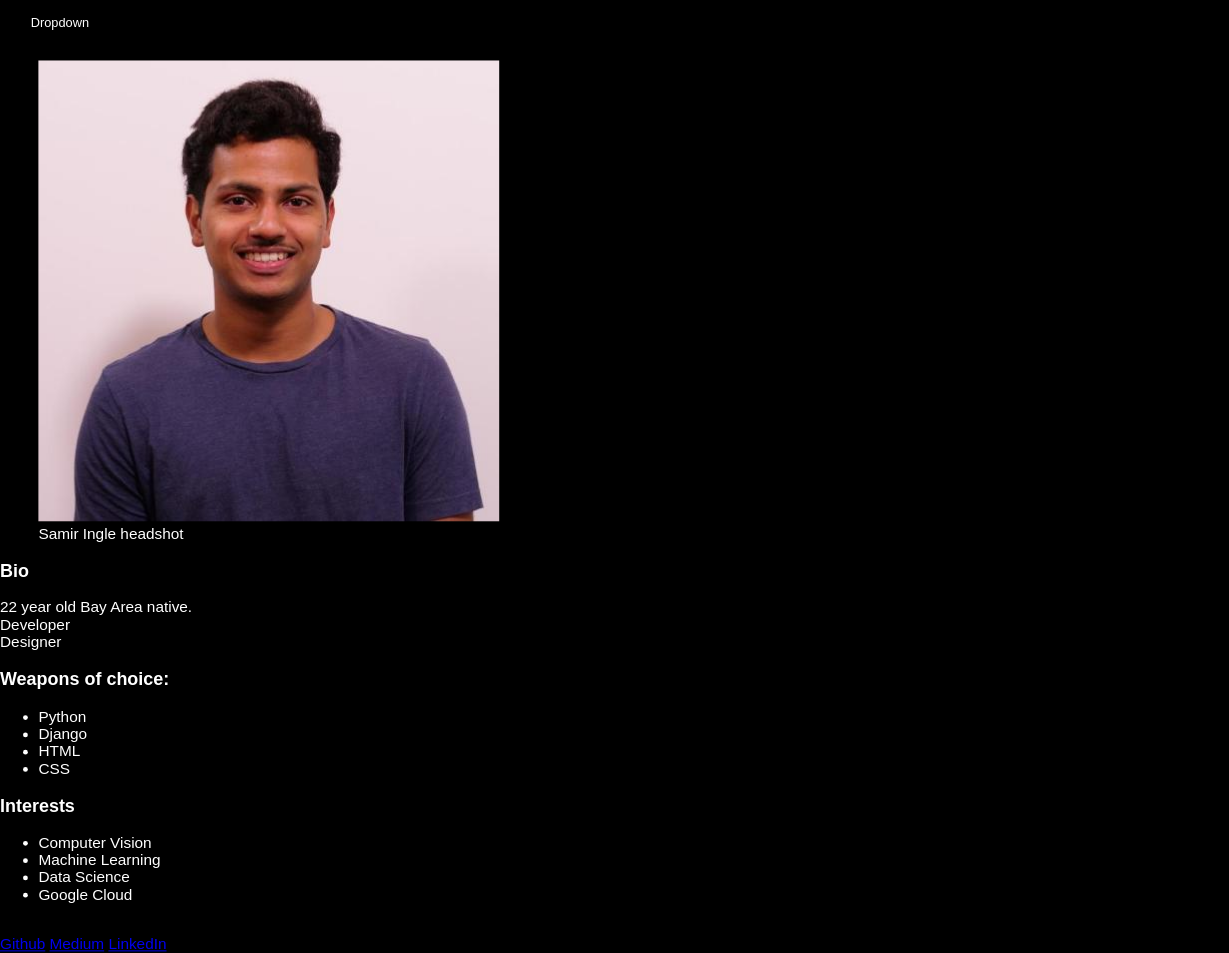
Repository: SamirIngley/html-semantic
Page: about.html
These files come from the project's save history. The page is drawn as it stood at one moment and after the next save; the edit follows.
The browser window is 1280 px wide. The pictures show the whole page, at 96% of full size.

Above is the page before, as saved 2020-01-29 23:05:19.

After the next save:
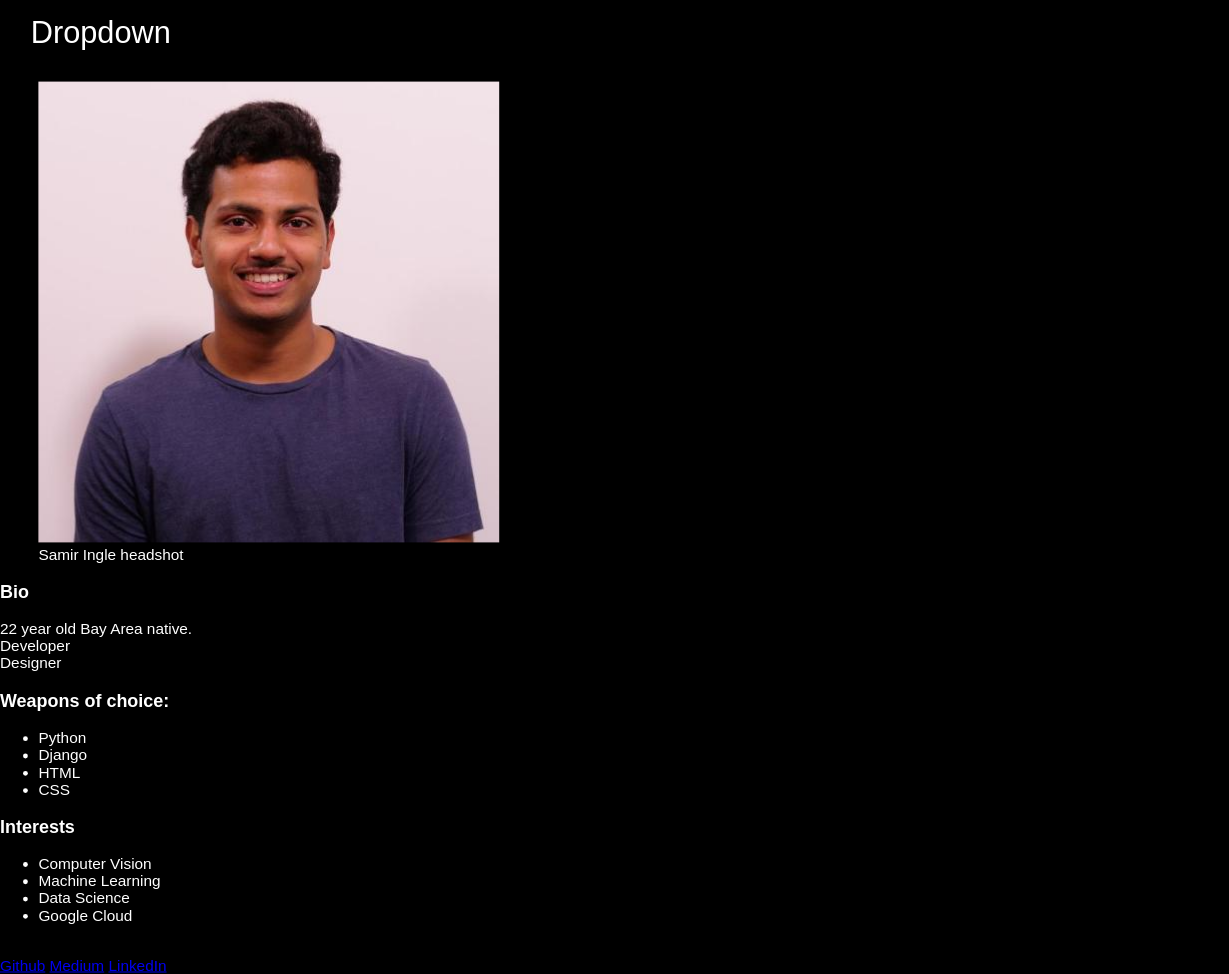
Saved 10 s later.
--- a/style.css
+++ b/style.css
@@ -80,7 +80,7 @@ body {
   background-color: rgb(0, 0, 0);
   color: white;
   padding: 16px;
-  font-size: 2emvw;
+  font-size: 2em;
   border: none;
   cursor: pointer;
 }
